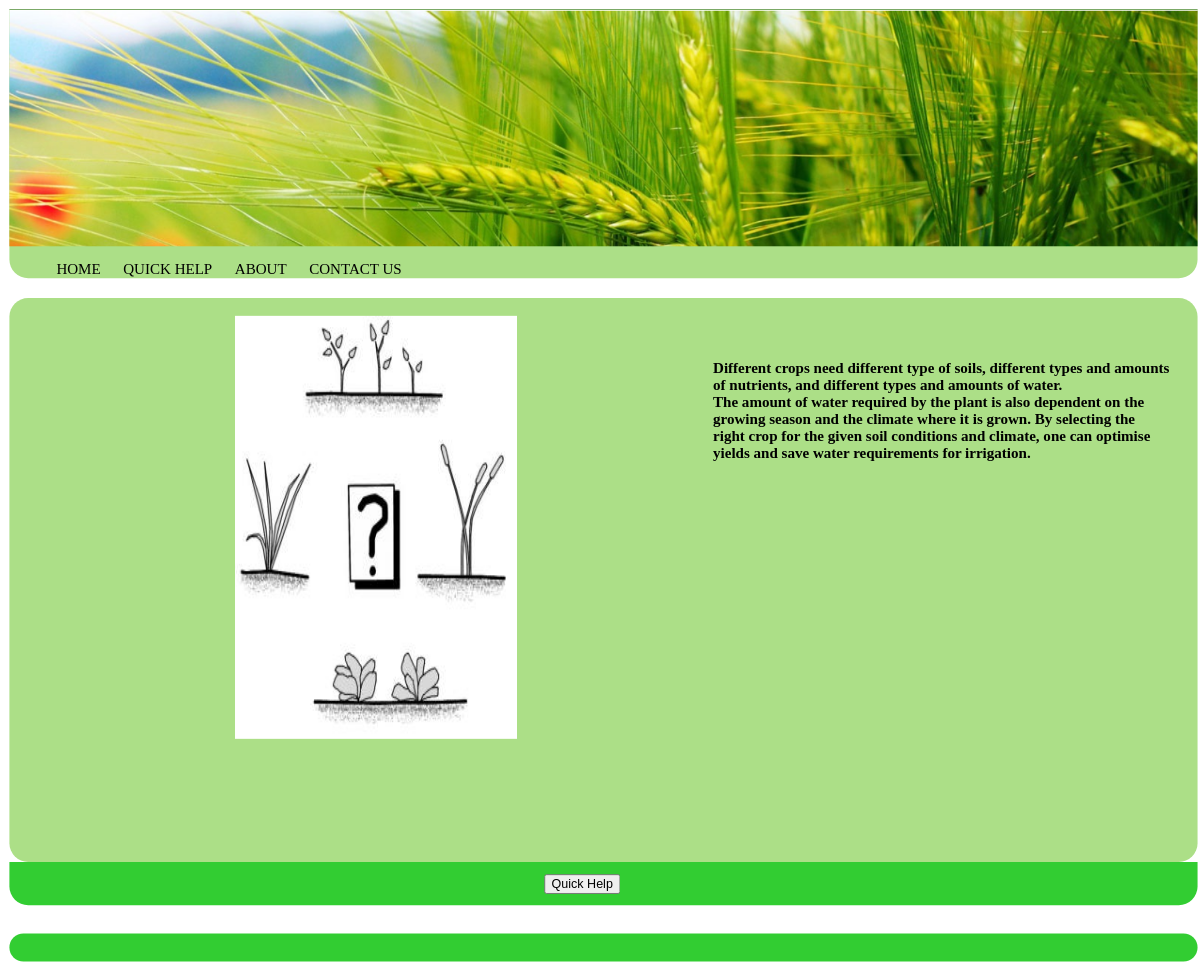
Repository: shivamtyagi1234/FarmoFriend
Page: http://localhost/FarmoFriend/
These files come from the project's save history. The page is drawn as it stood at one moment and after the next save; the edit follows.
The browser window is 1280 px wide. The pictures show the whole page, at 94% of full size.
The page is served by Tomcat 9.

Above is the page before, as saved 2019-11-03 07:14:32.

After the next save:
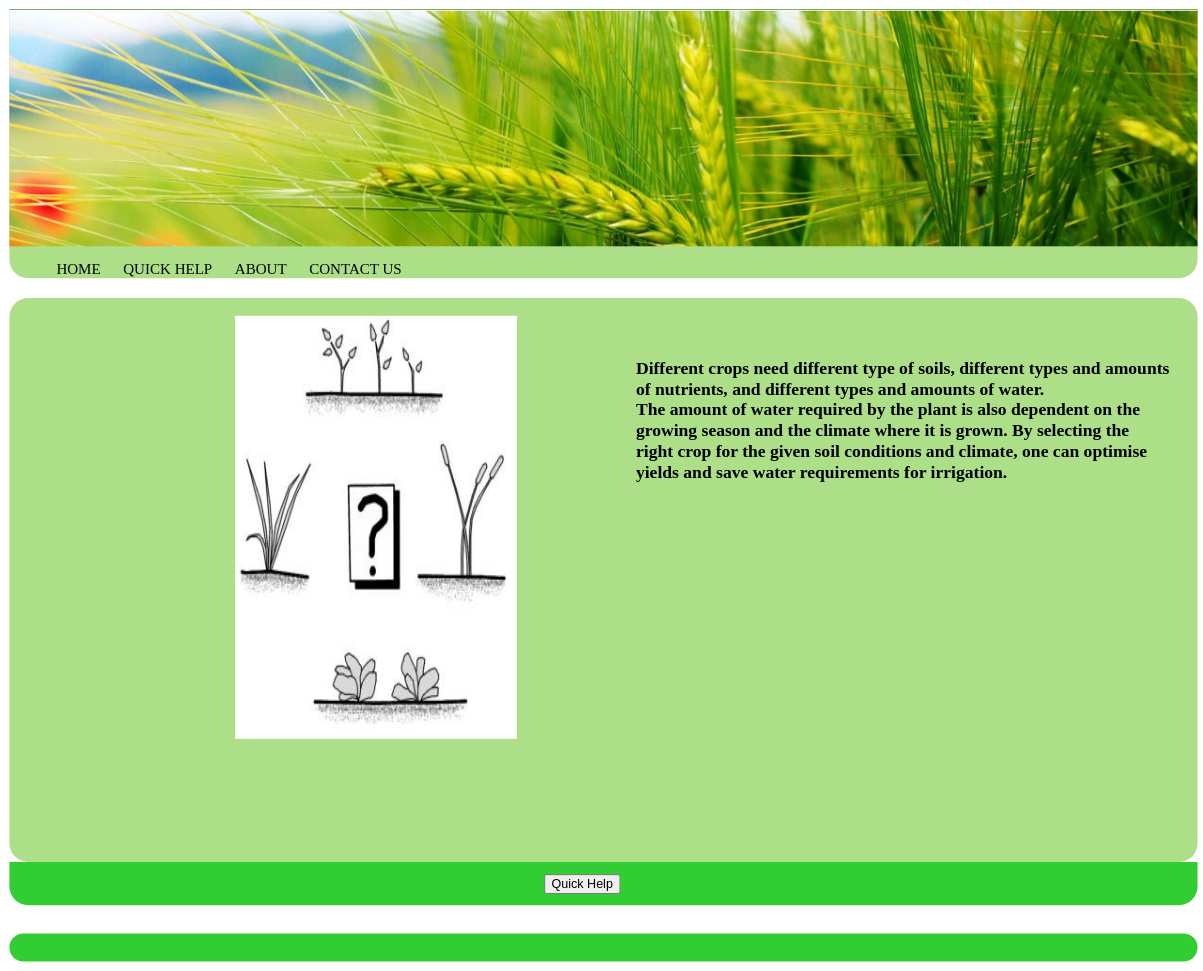
Saved 18 s later.
--- a/FarmoFriend/WebContent/home.jsp
+++ b/FarmoFriend/WebContent/home.jsp
@@ -77,12 +77,12 @@ height:30px;
 <div id="homeBody">
 	<div style="float: left; width: 50%"><img alt="home1" src="images\crop selection.jpg" ></div>
 	<div style="float: right; text-align: left; text-decoration: blink; padding-right:30px; padding-top: 45px";>
-	<p><h4>Different crops need different type of soils, different types and amounts
+	<p><h3>Different crops need different type of soils, different types and amounts
 	<br>of nutrients, and different types and amounts of water.
 	<br> The amount of water required by the plant is also dependent on the
 	<br>growing season and the climate where it is grown. By selecting the
 	<br>right crop for the given soil conditions and climate, one can optimise
-	<br> yields and save water requirements for irrigation.<br></h4></p>
+	<br> yields and save water requirements for irrigation.<br></h3></p>
 	</div>
 
 
